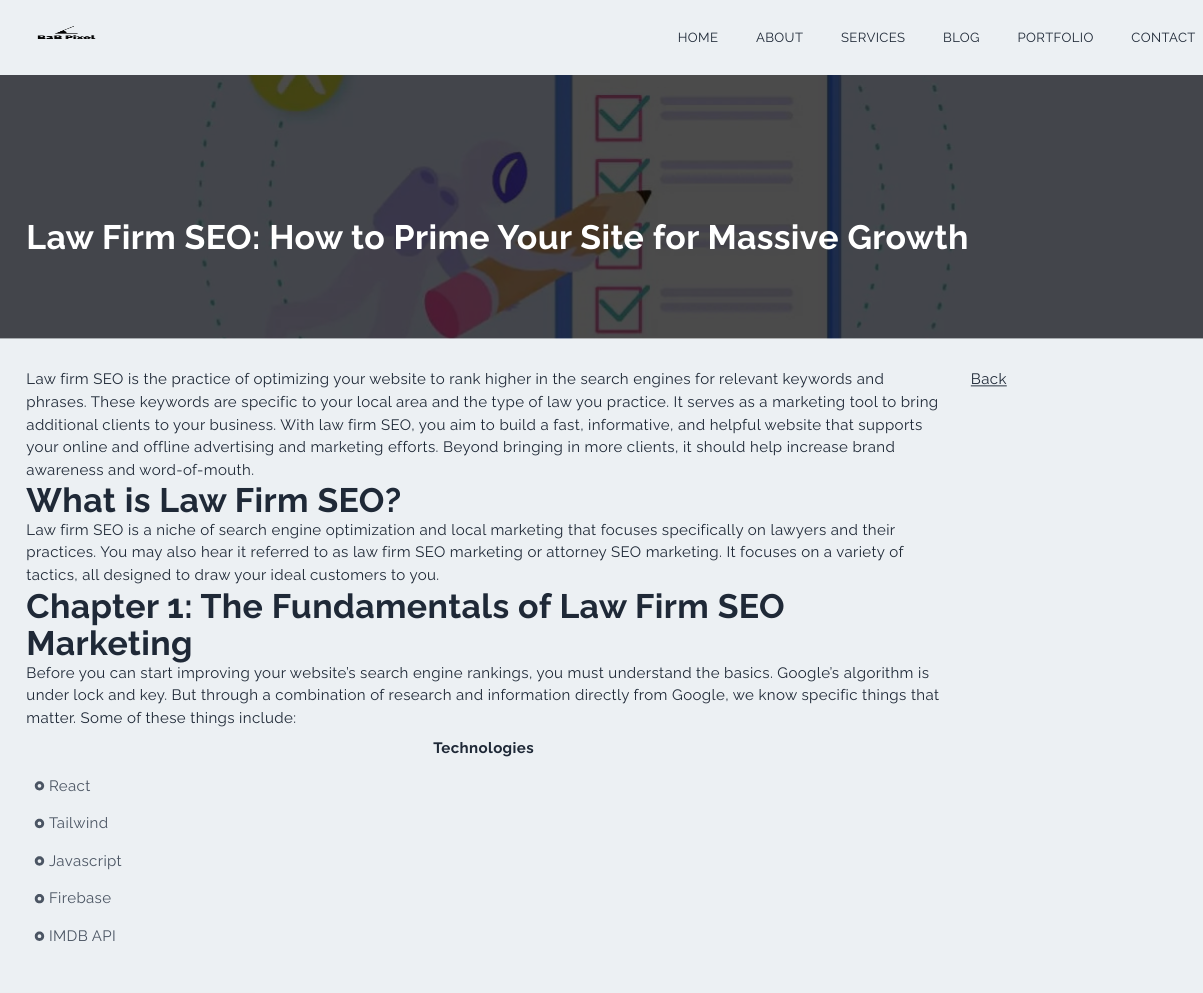
Repository: DID0101/nextjs.b2b
Page: /netflix
The author's editor kept a copy of each file at every save. The page is drawn from the files as they stood at one save, then again after the next save.
The browser window is 1280 px wide. The pictures show the whole page, at 94% of full size.
The project was rebuilt for these pictures with package versions that can differ from the ones it lists, and the page was loaded fresh each time. The framework's server and built-in components were replaced by stand-ins that run in the browser. Also part of the build but not shown: next.config.js.

Above is the page before, as saved 2024-01-22 03:22:26.

### pages/netflix.jsx
import Image from 'next/image';
import React from 'react';
import netflixImg from '../public/assets/projects/netflix.jpg';
import { RiRadioButtonFill } from 'react-icons/ri';
import Link from 'next/link';

const netflix = () => {
  return (
    <div className='w-full'>
      <div className='w-screen h-[50vh] relative'>
        <div className='absolute top-0 left-0 w-full h-[50vh] bg-black/70 z-10' />
        <Image
          className='absolute z-1'
          layout='fill'
          objectFit='cover'
          src={netflixImg}
          alt='/'
        />
        <div className='absolute top-[70%] max-w-[1240px] w-full left-[50%] right-[50%] translate-x-[-50%] translate-y-[-50%] text-white z-10 p-2'>
          <h2 className='py-2'>Law Firm SEO: How to Prime Your Site for Massive Growth</h2>
          {/* <h3>React JS / Tailwind / Firebase</h3> */}
        </div>
      </div>

      <div className='max-w-[1240px] mx-auto p-2 grid md:grid-cols-5 gap-8 py-8'>
        <div className='col-span-4'>
          {/* <p>Project</p> */}
          {/* <h2>Overview</h2> */}
          <p>
          Law firm SEO is the practice of optimizing your website to rank higher in the search engines for relevant keywords and phrases. These keywords are specific to your local area and the type of law you practice. It serves as a marketing tool to bring additional clients to your business.

With law firm SEO, you aim to build a fast, informative, and helpful website that supports your online and offline advertising and marketing efforts. Beyond bringing in more clients, it should help increase brand awareness and word-of-mouth.
          </p>
          <p>

          </p>
          <h2>What is Law Firm SEO?</h2>
          <p> </p>
          <p>Law firm SEO is a niche of search engine optimization and local marketing that focuses specifically on lawyers and their practices. You may also hear it referred to as law firm SEO marketing or attorney SEO marketing. It focuses on a variety of tactics, all designed to draw your ideal customers to you.</p>
            <p> </p>
            <h2>Chapter 1: The Fundamentals of Law Firm SEO Marketing</h2>
            <p> </p>
            <p>Before you can start improving your website’s search engine rankings, you must understand the basics. Google’s algorithm is under lock and key. But through a combination of research and information directly from Google, we know specific things that matter. Some of these things include:</p>
               <p>

               </p>
               <div className='p-2'>
            <p className='text-center font-bold pb-2'>Technologies</p>
            <div className='grid grid-cols-3 md:grid-cols-1'>
              <p className='text-gray-600 py-2 flex items-center'>
                <RiRadioButtonFill className='pr-1' /> React
              </p>
              <p className='text-gray-600 py-2 flex items-center'>
                <RiRadioButtonFill className='pr-1' /> Tailwind
              </p>
              <p className='text-gray-600 py-2 flex items-center'>
                <RiRadioButtonFill className='pr-1' /> Javascript
              </p>
              <p className='text-gray-600 py-2 flex items-center'>
                <RiRadioButtonFill className='pr-1' /> Firebase
              </p>
              <p className='text-gray-600 py-2 flex items-center'>
                <RiRadioButtonFill className='pr-1' /> IMDB API
              </p>
            </div>
          </div>


          {/* <a
            href='https://github.com/fireclint/netflix-react-tailwind'
            target='_blank'
            rel='noreferrer'
          >
            <button className='px-8 py-2 mt-4 mr-8'>Code</button>
          </a>
          <a
            href='https://fireclint.github.io/netflix-react-tailwind/'
            target='_blank'
            rel='noreferrer'
          >
            <button className='px-8 py-2 mt-4'>Demo</button>
          </a> */}
        </div>
        {/* <div className='col-span-4 md:col-span-1 shadow-xl shadow-gray-400 rounded-xl py-4'>
          <div className='p-2'>
            <p className='text-center font-bold pb-2'>Technologies</p>
            <div className='grid grid-cols-3 md:grid-cols-1'>
              <p className='text-gray-600 py-2 flex items-center'>
                <RiRadioButtonFill className='pr-1' /> React
              </p>
              <p className='text-gray-600 py-2 flex items-center'>
                <RiRadioButtonFill className='pr-1' /> Tailwind
              </p>
              <p className='text-gray-600 py-2 flex items-center'>
                <RiRadioButtonFill className='pr-1' /> Javascript
              </p>
              <p className='text-gray-600 py-2 flex items-center'>
                <RiRadioButtonFill className='pr-1' /> Firebase
              </p>
              <p className='text-gray-600 py-2 flex items-center'>
                <RiRadioButtonFill className='pr-1' /> IMDB API
              </p>
            </div>
          </div>
        </div> */}
        <Link href='/#projects'>
          <p className='underline cursor-pointer'>Back</p>
        </Link>
      </div>
    </div>
  );
};

export default netflix;

### components/Navbar.jsx
import Image from 'next/image';
import Link from 'next/link';
import React, { useState, useEffect } from 'react';
import { AiOutlineClose, AiOutlineMail, AiOutlineMenu } from 'react-icons/ai';
import { FaGithub, FaLinkedinIn } from 'react-icons/fa';
import { BsFillPersonLinesFill } from 'react-icons/bs';
// import { useRouter } from 'next/router';
import NavLogo from '../public/assets/navLogo.png'

const Navbar = () => {
  const [nav, setNav] = useState(false);
  const [shadow, setShadow] = useState(false);
  const [navBg, setNavBg] = useState('#ecf0f3');
  const [linkColor, setLinkColor] = useState('#1f2937');
  // const [position, setPosition] = useState('fixed')
  // const router = useRouter();

  // useEffect(() => {
  //   if (
  //     router.asPath === '/property' ||
  //     router.asPath === '/crypto' ||
  //     router.asPath === '/netflix' ||
  //     router.asPath === '/twitch'
  //   ) {
  //     setNavBg('transparent');
  //     setLinkColor('#ecf0f3');
  //   } else {
  //     setNavBg('#ecf0f3');
  //     setLinkColor('#1f2937');
  //   }
  // }, [router]);

  const handleNav = () => {
    setNav(!nav);
  };

  useEffect(() => {
    const handleShadow = () => {
      if (window.scrollY >= 90) {
        setShadow(true);
      } else {
        setShadow(false);
      }
    };
    window.addEventListener('scroll', handleShadow);
  }, []);

  return (
    <div
      style={{ backgroundColor: `${navBg}` }}
      className={
        shadow
          ? 'fixed w-full h-20 shadow-xl z-[100] ease-in-out duration-300'
          : 'fixed w-full h-20 z-[100]'
      }
    >
      <div className='flex justify-between items-center w-full h-full px-2 2xl:px-16'>
        <Link href='/'>
          <a>
            <Image
              src={NavLogo}
              alt='/'
              width='125'
              height='50'
              className='cursor-pointer'
            />
          </a>
        </Link>
        <div>
          <ul style={{ color: `${linkColor}` }} className='hidden md:flex'>
            <li className='ml-10 text-sm uppercase hover:border-b'>
              <Link href='/'>Home</Link>
            </li>
            <li className='ml-10 text-sm uppercase hover:border-b'>
              <Link href='/#about'>About</Link>
            </li>
            <li className='ml-10 text-sm uppercase hover:border-b'>
              <Link href='/#skills'>Services</Link>
            </li>
            <li className='ml-10 text-sm uppercase hover:border-b'>
              <Link href='/#projects'>Blog</Link>
            </li>
            <li className='ml-10 text-sm uppercase hover:border-b'>
              <Link href='/resume'>Portfolio</Link>
            </li>
            <li className='ml-10 text-sm uppercase hover:border-b'>
              <Link href='/#contact'>Contact</Link>
            </li>
          </ul>
          {/* Hamburger Icon */}
          <div
            style={{ color: `${linkColor}` }}
            onClick={handleNav}
            className='md:hidden'
          >
            <AiOutlineMenu size={25} />
          </div>
        </div>
      </div>

      {/* Mobile Menu */}
      {/* Overlay */}
      <div
        className={
          nav ? 'md:hidden fixed left-0 top-0 w-full h-screen bg-black/70' : ''
        }
      >
        {/* Side Drawer Menu */}
        <div
          className={
            nav
              ? ' fixed left-0 top-0 w-[75%] sm:w-[60%] md:w-[45%] h-screen bg-[#ecf0f3] p-10 ease-in duration-500'
              : 'fixed left-[-100%] top-0 p-10 ease-in duration-500'
          }
        >
          <div>
            <div className='flex w-full items-center justify-between'>
              <Link href='/'>
                <a>
                  <Image
                    src={NavLogo}
                    width='87'
                    height='35'
                    alt='/'
                  />
                </a>
              </Link>
              <div
                onClick={handleNav}
                className='rounded-full shadow-lg shadow-gray-400 p-3 cursor-pointer'
              >
                <AiOutlineClose />
              </div>
            </div>
            <div className='border-b border-gray-300 my-4'>
              <p className='w-[85%] md:w-[90%] py-4'>
                Let&#39;s build something legendary together
              </p>
            </div>
          </div>
          <div className='py-4 flex flex-col'>
            <ul className='uppercase'>
              <Link href='/'>
                <li onClick={() => setNav(false)} className='py-4 text-sm'>
                  Home
                </li>
              </Link>
              <Link href='/#about'>
                <li onClick={() => setNav(false)} className='py-4 text-sm'>
                  About
                </li>
              </Link>
              <Link href='/#skills'>
                <li onClick={() => setNav(false)} className='py-4 text-sm'>
                  Skills
                </li>
              </Link>
              <Link href='/#projects'>
                <li onClick={() => setNav(false)} className='py-4 text-sm'>
                  Projects
                </li>
              </Link>
              <Link href='/resume'>
                <li onClick={() => setNav(false)} className='py-4 text-sm'>
                  Resume
                </li>
              </Link>
              <Link href='/#contact'>
                <li onClick={() => setNav(false)} className='py-4 text-sm text-[#ac4d5a]'>
                  Save My Spot
                </li>
              </Link>
            </ul>
            <div className='pt-40'>
              <p className='uppercase tracking-widest text-[#5651e5]'>
                Let&#39;s Connect
              </p>
              <div className='flex items-center justify-between my-4 w-full sm:w-[80%]'>
                <a
                  href='https://www.linkedin.com/in/clint-briley-50056920a/'
                  target='_blank'
                  rel='noreferrer'
                >
                  <div className='rounded-full shadow-lg shadow-gray-400 p-3 cursor-pointer hover:scale-105 ease-in duration-300'>
                    <FaLinkedinIn />
                  </div>
                </a>
                <a
                  href='https://github.com/fireclint'
                  target='_blank'
                  rel='noreferrer'
                >
                  <div className='rounded-full shadow-lg shadow-gray-400 p-3 cursor-pointer hover:scale-105 ease-in duration-300'>
                    <FaGithub />
                  </div>
                </a>
                <Link href='/#contact'>
                  <div
                    onClick={() => setNav(!nav)}
                    className='rounded-full shadow-lg shadow-gray-400 p-3 cursor-pointer hover:scale-105 ease-in duration-300'
                  >
                    <AiOutlineMail />
                  </div>
                </Link>
                <Link href='/resume'>
                  <div
                    onClick={() => setNav(!nav)}
                    className='rounded-full shadow-lg shadow-gray-400 p-3 cursor-pointer hover:scale-105 ease-in duration-300'
                  >
                    <BsFillPersonLinesFill />
                  </div>
                </Link>
              </div>
            </div>
          </div>
        </div>
      </div>
    </div>
  );
};

export default Navbar;

Loaded but not shown: pages/_app.js (common file); pages/_document.js (common file); styles/globals.css (common file); tailwind.config.js (common file)

After the next save:
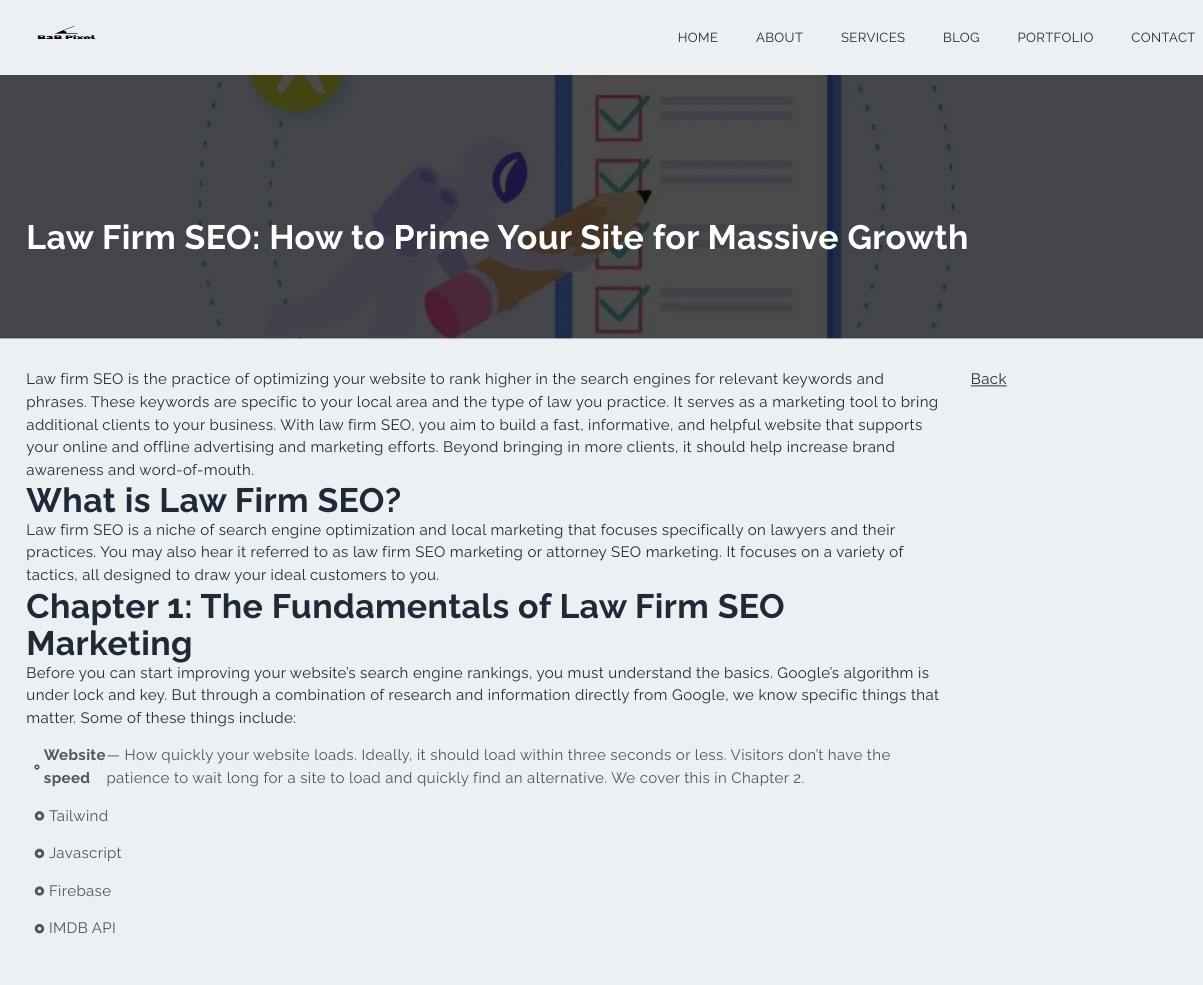
Saved 71 s later.
--- a/pages/netflix.jsx
+++ b/pages/netflix.jsx
@@ -45,10 +45,10 @@
 
                </p>
                <div className='p-2'>
-            <p className='text-center font-bold pb-2'>Technologies</p>
+
             <div className='grid grid-cols-3 md:grid-cols-1'>
               <p className='text-gray-600 py-2 flex items-center'>
-                <RiRadioButtonFill className='pr-1' /> React
+                <RiRadioButtonFill className='pr-1' /> <h4>Website speed </h4>— How quickly your website loads. Ideally, it should load within three seconds or less. Visitors don’t have the patience to wait long for a site to load and quickly find an alternative. We cover this in Chapter 2.
               </p>
               <p className='text-gray-600 py-2 flex items-center'>
                 <RiRadioButtonFill className='pr-1' /> Tailwind
